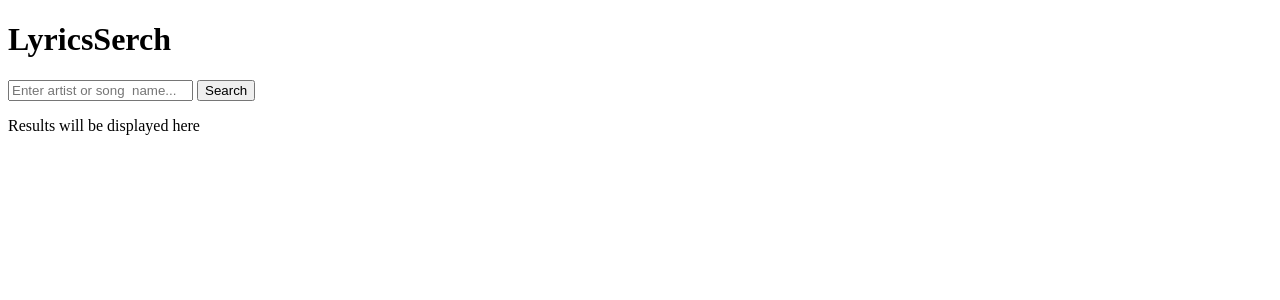
Repository: Pancerzaba/LyricsSearchApp
Page: index.html
The author's editor kept a copy of each file at every save. The page is drawn from the files as they stood at one save, then again after a run of saves.
The browser window is 1280 px wide. The pictures show the whole page.

Above is the page before, as saved 2020-09-12 14:52:07.

### index.html
<!DOCTYPE html>
<html lang="en">
<head>
    <meta charset="UTF-8">
    <meta name="viewport" content="width=device-width, initial-scale=1.0">
    <title>Lyrics Search</title>
</head>
<body>
    <heder>
        <h1>LyricsSerch</h1>

        <form  id="form">
            <input type="text" id="search" placeholder="Enter artist or song  name...">
            <button>Search</button>
        </form>
    </heder>

    <div id="result" class="container">
        <p>Results will be displayed here</p>
    </div>



    <script src="script.js"></script>
</body>
</html>

Loaded but not shown: script.js (no stored copy; drawn as an empty file)

After the next 2 saves:
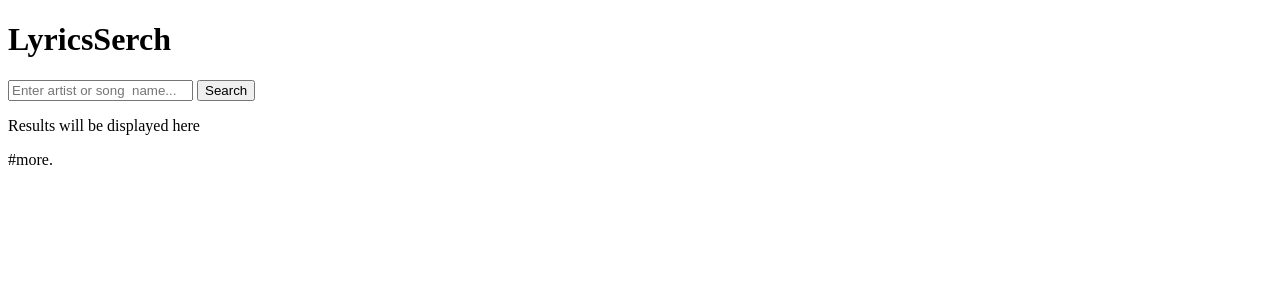
The 2 saves are shown as one change because they came seconds apart.
The last was saved 8 s later.
--- a/index.html
+++ b/index.html
@@ -19,7 +19,7 @@
         <p>Results will be displayed here</p>
     </div>
 
-
+    #more.
 
     <script src="script.js"></script>
 </body>
